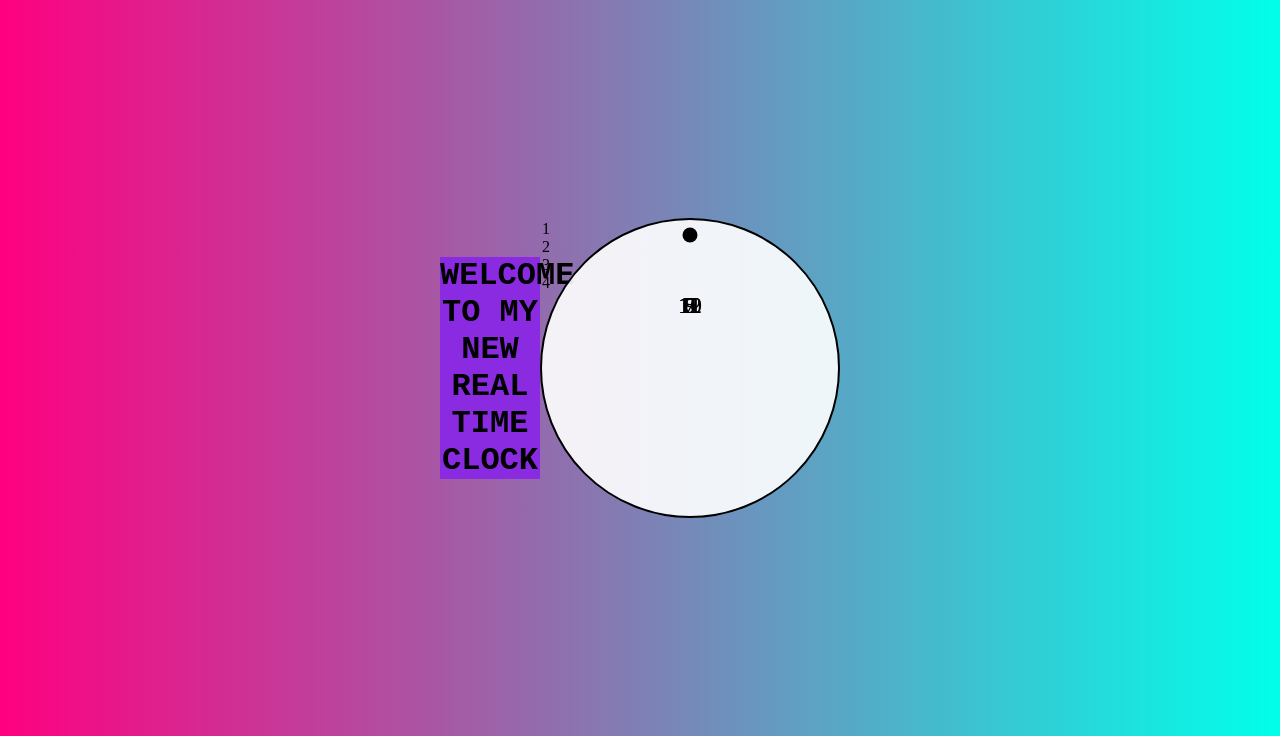
Repository: mirambialex/watch
Page: clock.html
The author's editor kept a copy of each file at every save. The page is drawn from the files as they stood at one save, then again after the next save.
The browser window is 1280 px wide. The pictures show the whole page.

Above is the page before, as saved 2024-04-30 11:11:58.
Console error: SyntaxError: Unexpected token '<'

### clock.html
<!DOCTYPE html>
<html lang="en">
<head>
    <meta charset="UTF-8">
    <meta name="viewport" content="width=device-width, initial-scale=1.0">
    <link rel="stylesheet" href="clock.css">
    <script defer src="clock.js"></script>
    <title>clock</title>
</head>
<h1> <div class="header">WELCOME TO MY NEW REAL TIME CLOCK</div></h1>
<body>
    <div class="clock">
        <div class="hour hand" data-hour-hand></div>
        <div class="minute hand" data-minute-hand></div>
        <div class="second hand" data-second-hand></div>
        <div class="number number1">1</div>
        <div class="number number2">2</div>
        <div class="number number3">3</div>
        <div class="number number4">4</div>
        <div class="NUMBER NUMBER5">5</div>
        <div class="NUMBER NUMBER6">6</div>
        <div class="NUMBER NUMBER7">7</div>
        <div class="NUMBER NUMBER8">8</div>
        <div class="NUMBER NUMBER9">9</div>
        <div class="NUMBER NUMBER10">10</div>
        <div class="NUMBER NUMBER11">11</div>
        <div class="NUMBER NUMBER12">12</div>

    </div>
</body>
</html>

### clock.css
*, *::after, *::before {
    box-sizing: border-box;
    font-family: 'Times New Roman', Times, serif;

}
body{
    background: linear-gradient(to right,rgb(255,0,128),hsl(175,100%,50%));
    display: flex;
    justify-content: center;
    align-items: center;
    min-height: 100vh;
    overflow: hidden;

}
.clock{
    width: 300px;
    height: 300px;
    background-color: rgb(255,255,255,.9);
    border-radius: 50%;
    border: 2px solid black;
    position: relative;
}
.clock .NUMBER{
    --rotation: 0;
    position: absolute;
    width: 100%;
    height: 100%;
    text-align: center;
    transform: rotate(var(--rotation));
    font-size: 1.5rem;

    .clock .number number1{--rotation:30deg}
    .clock .number number2{--rotation:60deg}
    .clock .NUMBER3{--rotation:90deg}
    .clock .NUMBER4{--rotation:120deg}
    .clock .NUMBER5{--rotation:150deg}
    .clock .NUMBER6{--rotation:180deg}
    .clock .NUMBER7{--rotation:210deg}
    .clock .NUMBER8{--rotation:240deg}
    .clock .NUMBER9{--rotation:270deg}
    .clock .NUMBER10{--rotation:300deg}
    .clock .NUMBER11{--rotation:330deg}

}
.clock.hand{
    --rotation: 0;
    position:absolute;
    bottom: 50%;
    left: 50%;
    background-color: black;
    border: 1px solid rgb(136,99,224);
    border-top-left-radius: 10px;
    border-top-right-radius: 10px;
    transform-origin: bottom;
    z-index:10;
    transform: translateX(-50%)rotation(calc(var--rotation)*1deg));

}
.clock::after{
    content:" ";
    position: absolute;
    background-color: black;
    z-index: 11;
    width: 15px;
    height: 15px;
    top:5%;
    left: 50%;
    transform: translate(-50%, -50%);
    border-radius: 50%;

}
.clock.hand.second{
    width: 3px;
    height: 45%;
    background-color: rgb(221,65,198);
}
.clock.hand.minute{
    width: 7px;
    height: 40%;
    border-color: rgb(69,19,187);

}
.clock.hand.hour{
    width: 10px;
    height: 35%;
    background-color: rgb(166,209,9);
}
.header{
    font-family: 'Courier New', Courier, monospace;
    text-align: center;
    text-transform: capitalize;
    width: 100px;
    background-color: blueviolet;
    position: top;
}
.hour hand,
.minute hand.
.second hand{
position: absolute;
top: 50%;
left: 50%;
height: 5px;
width: 40%;
background-color: gray;
}

### clock.js
<script>
        setInterval(setClock,1000)
        const hourHand= document.querySelector ("[data-hour-hand]")
        const minuteHand = document.querySelector ("[data-minute-hand]")
        const secondHand = document.querySelector ("[data-second-hand]")

        function setCLASS() {
            const currentDate=new Date()
            const secondRatio =currentDate.getSeconds() / 60
            const minutesRatio =(secondRatio+currentDate.getMinutes())/
            const hoursRatio=(minutesRatio+currentDate.gethours())/
            setRotatio(secondHand,secondsRatio)
            setRotatio(minuteHand,minuteRatio)
            setRotatio(hourHand,hoursRatio)
        }
        function setRotatio(element,rotationRatio)
        {
        Element.style.setProperty("--rotation",rotationRatio*360)
        }
        setClock()
</script>

After the next save:
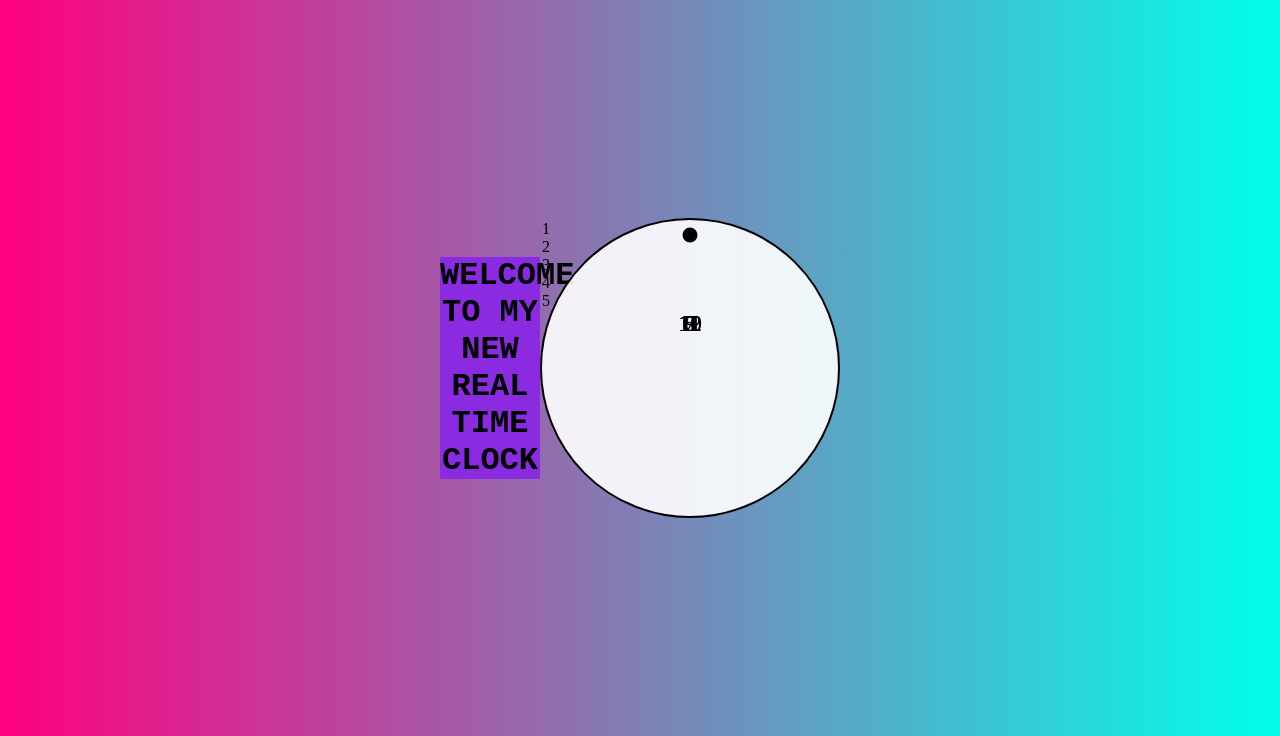
Saved 6 s later.
--- a/clock.html
+++ b/clock.html
@@ -17,7 +17,7 @@
         <div class="number number2">2</div>
         <div class="number number3">3</div>
         <div class="number number4">4</div>
-        <div class="NUMBER NUMBER5">5</div>
+        <div class="number number5">5</div>
         <div class="NUMBER NUMBER6">6</div>
         <div class="NUMBER NUMBER7">7</div>
         <div class="NUMBER NUMBER8">8</div>
